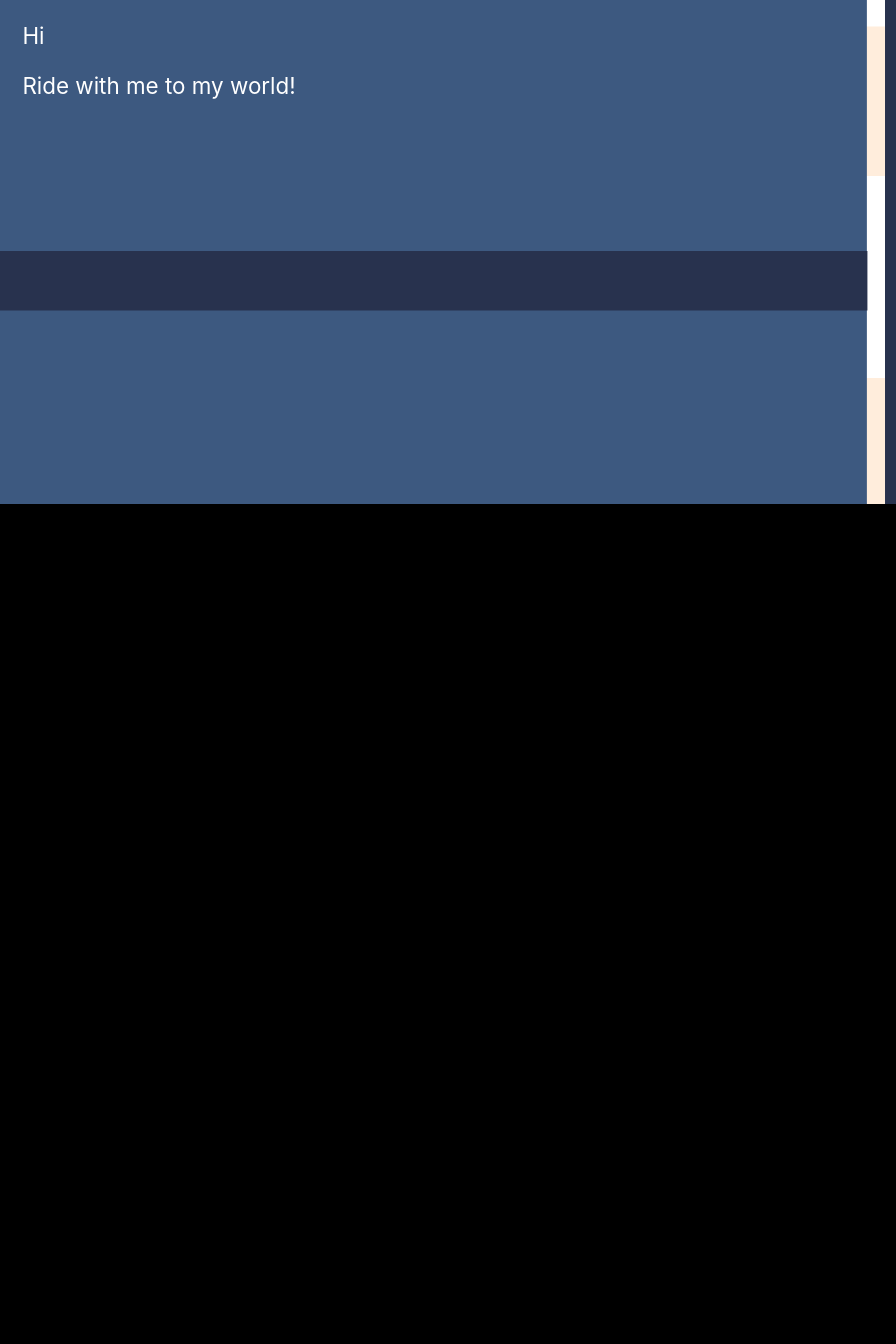
Repository: ModulesSoft/youseffatouraee.com
Page: / (app in majhoolsoft-react/)
An editor plug-in stored every save of this project. The page is shown before and after the next save, followed by the edit.
The browser window is 1280 px wide. The pictures show the part of the page from y = 0 to 1920 px (the page is 4320 px tall), at 70% of full size.
The project was rebuilt for these pictures with package versions that can differ from the ones it lists, and the page was loaded fresh each time. Also part of the build but not shown: majhoolsoft-react/src/helpers/lib/TypewriterAnimation.js.

Above is the page before, as saved 2022-02-22 21:25:40.

### majhoolsoft-react/src/App.js
import "./App.css";
import { useEffect } from "react";
import useWindowDimensions from "./components/GetWindowDimensions";
import anime from "animejs";
import Car from "./components/Car";
import Background from "./components/Background";
import Darkness from "./components/Darkness";
import LightBeam from "./components/LightBeam";
import Sun from "./components/Sun";
import Clouds from "./components/Clouds";
import GarageDoor from "./components/GarageDoor";
import ScrollDown from "./components/ScrollDown";
import useScroll from "./helpers/GetScroll";
import Garage from "./components/Garage";
import Play from "./Play";

function App() {
  // get window properties
  let scrollY = useScroll().scrollY / 10;
  const { height, width } = useWindowDimensions();
  const mobile = width < height;
  const size = mobile
    ? {
        height: height,
      }
    : {
        width: width,
      };

  // remove scroll instruction whenever scrolled enough ( 140px)
  if (scrollY > 10) {
    removeScroll();
  }

  //play
  useEffect(() => {
    // Play(mobile, width, height).HouseScene();
  }, []);

  function playGarage() {
    Play(mobile, width, height).GarageScene();
  }

  function removeScroll() {
    anime.remove([".scrollIcon", "#darkness", ".scroll"]);
    anime({
      targets: [".scrollIcon", "#darkness", ".scroll"],
      opacity: 0,
    });
  }

  return (
    <div className="App">
      <header className="App-header"></header>
      <div className="container">
        <svg className="page" xmlns="http://www.w3.org/2000/svg" style={size}>
          <Sun />
          <Clouds />
          <Background />
          <Garage />
          <GarageDoor
            scrollY={scrollY}
            doorOpened={(e) => {
              e && playGarage();
            }}
          />
          <Darkness />
          <Car />
          <LightBeam />
          {/* {scroll && <ScrollDown />} */}
          <ScrollDown />
          {/* <svg x="1325" y="920" className="test">
            <rect width="35" height="65"></rect>
          </svg> */}
        </svg>
        <article className="article">
          <p className="hi">Hi</p>
          <p className="welcome">Ride with me to my world!</p>
          <p className="scroll">Scroll Down</p>
          <p id="laptopOne" className="text-animation">
            I'm a software engineer
          </p>
          <p id="laptopTwo" className="text-animation">
            I was born in Quebec
          </p>
          <p id="degreeOne" className="text-animation">
            I studied CS in <a href="aut.ac.ir">AUT</a> with GPA of B
          </p>
          <p id="degreeTwo" className="text-animation">
            <a href="https://www.usnews.com/education/best-global-universities/amirkabir-university-of-technology-aut-506266">
              See the rank here
            </a>
          </p>
        </article>
      </div>
    </div>
  );
}

export default App;

### majhoolsoft-react/src/App.css
.container {
  position: relative;
  width: 100vw;
  height: 600vh;
  background-color: black;
}
.page {
  background-image: linear-gradient(#87ceeb, #2a7936);
  position: fixed;
  bottom: 0;
  left: 0;
}
.background {
  position: absolute;
  z-index: 1;
  /* width: auto;
  height: 100vh; */
}
.car {
  z-index: 2;
  position: absolute;
  top: 90vh;
  /* display: none; */
}
#rear-wheel,
#front-wheel {
  transform-origin: center;
  transform-box: fill-box;
}

.hi {
  color: white;
  margin-left: 2rem;
}
.welcome {
  color: white;
  margin-left: 2rem;
}
.scroll {
  color: white;
  text-align: center;
}
article {
  position: fixed;
  width: 100%;
  height: 100%;
  font-size: 2rem;
}

#laptopOne {
  top: 20px;
}
#laptopTwo {
  bottom: 5px;
  font-size: 1rem;
}
#degreeOne {
  bottom: 10px;
  /* font-size: 2rem; */
}
#degreeTwo {
  bottom: 15px;
  /* font-size: 1rem; */
}

/* typewriter animation properties */
.text-animation {
  display: none;
  background-color: rgba(0, 0, 0, 0.7);
  padding: 10px;
  border-radius: 10px;
  font-size: 2rem;
  left: 2rem;
  /* right: 2rem; */
  position: absolute;
  text-align: left;
  color: #f5f5f5;
}

.text-animation .letter {
  display: inline-block;
  opacity: 0;
}

.cursor {
  margin: 8px -8px; /* debug margin */
  position: absolute;
  top: 0;
  bottom: 0;
  width: 3px;
  background: #f5f5f5;
  z-index: 1;
}

/*  */

### majhoolsoft-react/src/components/Darkness.js
function Darkness() {
  return (
    <svg width="10000" height="10000" x="-1000" y="-100">
      <rect
        id="darkness"
        data-name="Rectangle 148"
        width="10000"
        height="10000"
        fill="rgba(0,0,0,0.9)"
      />
    </svg>
  );
}

export default Darkness;

### majhoolsoft-react/src/components/LightBeam.js
function LightBeam() {
  return (
    <svg y="945" x="-422">
      <g id="beam">
        <defs>
          <radialGradient
            id="radial-gradient"
            cx="0.16"
            cy="1.164"
            r="0.806"
            gradientTransform="matrix(.555 -.832 .38 .254 -.372 1.001)"
            gradientUnits="objectBoundingBox"
          >
            <stop offset="0" stopColor="#fad16b" stopOpacity="0.659"></stop>
            <stop offset="1" stopColor="#7d6936" stopOpacity="0.541"></stop>
          </radialGradient>
        </defs>
        <path
          fill="url(#radial-gradient)"
          d="M4927.969-923.46v135.509L3246.1-811.175l-92.015-5.358-146.116-45.447v-29.449z"
          data-name="Path 772"
          transform="translate(-3007.969 923.46)"
        ></path>
      </g>
    </svg>
  );
}

export default LightBeam;

### majhoolsoft-react/src/components/Sun.js
function Sun() {
  return (
    <svg>
      <g id="sun">
        <path
          fill="#ffdb0d"
          fillRule="evenodd"
          d="M2343.845 450c168.417 0 305.986 132.172 314.845 298.414H2029C2037.779 582.172 2175.348 450 2343.845 450z"
          data-name="Path 586"
          transform="translate(-2029 450)"
        ></path>
      </g>
    </svg>
  );
}

export default Sun;

### majhoolsoft-react/src/components/ScrollDown.js
function ScrollDown() {
  return (
    <svg
      x="1142"
      y="900"
      width="100"
      height="100"
      version="1.1"
      viewBox="-265 335.1 79.4 322.9"
      xmlSpace="preserve"
      fill="white"
    >
      <g className="scrollIcon">
        <path d="M-217.9 422.2c4.7-1.3 9-3.8 12.4-7.2 5.1-5.1 8.2-12.1 8.2-19.8v-30.9c0-7.7-3.2-14.7-8.2-19.8-5.1-5.1-12.1-8.2-19.8-8.2-7.7 0-14.7 3.2-19.8 8.2-5.1 5.1-8.2 12.1-8.2 19.8v30.9c0 7.7 3.2 14.7 8.2 19.8 4 4 9.1 6.7 14.8 7.8 3.4.5 9.2.2 12.4-.6zm-7.7-21c2.9 0 5.3-2.4 5.3-5.3v-5.5c0-2.9-2.4-5.3-5.3-5.3s-5.3 2.4-5.3 5.3v5.5c-.1 2.9 2.3 5.3 5.3 5.3zm15.4 9c-3.9 3.9-9.2 6.3-15.1 6.3s-11.2-2.4-15.1-6.3c-3.9-3.9-6.3-9.2-6.3-15.1v-30.9c0-5.9 2.4-11.2 6.3-15.1 3.9-3.9 9.2-6.3 15.1-6.3s11.2 2.4 15.1 6.3c3.9 3.9 6.3 9.2 6.3 15.1v30.9c0 5.9-2.4 11.2-6.3 15.1zM-248.1 425.3c-1.2-1.2-3.2-1.2-4.4.1s-1.2 3.2.1 4.4l25 24.3 2.2-2.3-2.2 2.3c1.3 1.2 3.2 1.2 4.5-.1l.1-.1 24.6-24.1c1.2-1.2 1.3-3.2.1-4.4s-3.2-1.3-4.4-.1l-22.6 22.1-23-22.1z"></path>
      </g>
    </svg>
  );
}

export default ScrollDown;

### majhoolsoft-react/src/helpers/GetScroll.js
import { useState, useEffect, useCallback } from "react";

export const useScroll = () => {
  //   useEffect(() => {
  //     // set scroll to zero when component did mount
  //     window.scrollTo(0, 0);
  //     console.log("umad");
  // }, []);
  const [state, setState] = useState({
    lastScrollTop: 0,
    bodyOffset: document.body.getBoundingClientRect(),
    scrollY: document.body.getBoundingClientRect().top,
    scrollX: document.body.getBoundingClientRect().left,
    scrollDirection: "", // down, up
  });

  const handleScrollEvent = useCallback((e) => {
    setState((prevState) => {
      const prevLastScrollTop = prevState.lastScrollTop;
      const bodyOffset = document.body.getBoundingClientRect();

      return {
        setBodyOffset: bodyOffset,
        scrollY: -bodyOffset.top,
        scrollX: bodyOffset.left,
        scrollDirection: prevLastScrollTop > -bodyOffset.top ? "down" : "up",
        lastScrollTop: -bodyOffset.top,
      };
    });
  }, []);

  useEffect(() => {
    const scrollListener = (e) => {
      handleScrollEvent(e);
    };
    window.addEventListener("scroll", scrollListener);

    return () => {
      window.removeEventListener("scroll", scrollListener);
    };
  }, [handleScrollEvent]);

  return {
    scrollY: state.scrollY,
    scrollX: state.scrollX,
    scrollDirection: state.scrollDirection,
  };
};

export default useScroll;

### majhoolsoft-react/src/Play.js
import CarAnimations from "./helpers/CarAnimations";
import IntroTextAnimations from "./helpers/IntroTextAnimations";
import BackgroundAnimations from "./helpers/BackgroundAnimations";
import CameraAnimations from "./helpers/CameraAnimations";
import TypewriterAnimation from "./helpers/lib/TypewriterAnimation";

function Play(isMobile, width, height, timeline = 0) {
  // setting camera
  const Camera = new CameraAnimations(isMobile, width, height, timeline);
  function HouseScene() {
    CarAnimations(timeline);
    IntroTextAnimations();
    Camera.BackgroundScene();
    BackgroundAnimations(timeline);
  }

  function GarageScene() {
    // start sequence
    Camera.LaptopView(laptopOne);

    function laptopOne() {
      TypewriterAnimation("#laptopOne", 2_000, 100, 1000, laptopTwo);
    }
    function laptopTwo() {
      TypewriterAnimation("#laptopTwo", 500, 100, 1000, degreeCamera);
    }
    function degreeCamera() {
      Camera.CertificateView(degreeOne);
    }
    function degreeOne() {
      TypewriterAnimation("#degreeOne", 2_000, 100, 1000, degreeTwo);
    }
    function degreeTwo() {
      TypewriterAnimation("#degreeTwo", 2_000, 100, 1000, OS);
    }
    function OS() {
      console.log("os");
    }
  }
  return { HouseScene, GarageScene };
}
export default Play;

### majhoolsoft-react/src/helpers/CarAnimations.js
import anime from "animejs";
function CarAnimations(timeline = null) {
  anime({
    targets: "#rear-wheel , #front-wheel",
    rotate: "21turn",
    duration: 11000,
    // easing: "cubicBezier(1,0,.45,.45)",
    easing: "easeOutQuad",
  });
  anime({
    targets: "#car, #beam",
    translateX: 1050,
    duration: 6000,
    delay: 5000,
    // easing: "cubicBezier(1,0,.45,.45)",
    easing: "easeOutQuad",
  });
}

export default CarAnimations;

### majhoolsoft-react/src/helpers/IntroTextAnimations.js
import anime from "animejs";
function IntroTextAnimations() {
  anime
    .timeline({ loop: false })
    // Hi text fades in
    .add({
      targets: ".hi",
      opacity: [0, 1],
      easing: "easeInExpo",
    })
    // welcome text fades in
    .add({
      targets: ".welcome",
      opacity: [0, 1],
      easing: "easeInExpo",
    })
    // Hi and welcome text fade out
    .add(
      {
        targets: [".hi", ".welcome"],
        opacity: 0,
        easing: "easeInExpo",
      },
      5000
    )
    .add(
      {
        targets: ".scroll",
        opacity: [0, 0.8],
        easing: "easeInExpo",
      },
      15000
    );
}
export default IntroTextAnimations;

### majhoolsoft-react/src/helpers/BackgroundAnimations.js
import anime from "animejs";
function BackgroundAnimations(timeline = null) {
  anime
    .timeline({ loop: false })
    // sun sets
    .add(
      {
        targets: "#sun",
        duration: 3000,
        translateY: "-650px",
        easing: "easeOutQuad",
      },
      6000 //delay to start
    )
    // clouds come up
    .add({
      targets: "#clouds",
      duration: 1000,
      translateY: "-300px",
    });
  anime.timeline({ loop: false }).add({
    targets: "#darkness",
    keyframes: [
      // fade in to day
      { opacity: 0, duration: 3000, delay: 7000, easing: "linear" },
      // fade in unless scroll
      {
        opacity: 0.7,
        duration: 1000,
        delay: 4000,
        easing: "linear",
      },
    ],
  });

  //thread four (headlights):
  // turn off the head lights
  anime({
    targets: "#beam",
    duration: 500,
    opacity: 0,
    easing: "easeOutQuad",
    delay: 10000,
  });

  //last thread - infinite loop (scroll icon):
  // Scroll icon
  anime({
    targets: ".scrollIcon",
    translateY: -50,
    direction: "alternate",
    loop: true,
    easing: "spring(1, 80, 10, 0)",
    opacity: 0.3,
  });
}
export default BackgroundAnimations;

### majhoolsoft-react/src/helpers/CameraAnimations.js
import anime from "animejs";

class CameraAnimations {
  constructor(isMobile, width, height, timeline = null) {
    this.isMobile = isMobile;
    this.width = width;
    this.height = height;
    this.timeline = timeline;
    this.doorViewMobile = `1000 ${1080 - this.height} ${this.width} ${
      this.height
    }`;

    this.laptopView = "1328 920 60 60";
    // const certificateView = isMobile ? "1288 900 60 45" : "1288 900 60 25";
    this.generalView = "0 0 1920 1080";
    this.doorViewDesktop = "1000 800 400 240";
    this.beginView = "-1000 650 900 500";
  }

  BackgroundScene() {
    // camera transition
    anime.timeline({ loop: false }).add({
      targets: ".page",
      duration: 4000,
      keyframes: [
        // camera transition from the car in the way home to the background
        {
          viewBox: [this.beginView, this.generalView],
          duration: (this.timeline += 3000),
          delay: (this.timeline += 1000),
        },
        // camera transition to GarageCamera door
        {
          viewBox: [
            this.generalView,
            this.isMobile ? this.doorViewMobile : this.doorViewDesktop,
          ],
          delay: 5000,
        },
      ],
      easing: "easeOutQuad",
    });
  }

  // GarageScene() {
  //   const library = {
  //     certificate: {
  //       view: this.isMobile ? "1288 900 60 45" : "1288 900 60 25",
  //       textPosition: this.isMobile ? "bottom" : "right",
  //     },
  //   };
  // }

  LaptopView(finishedCallback) {
    anime
      .timeline({ loop: false })
      .add({
        targets: ".page",
        duration: 4000,
        keyframes: [
          // camera transition from the GarageCamera door to the laptop
          {
            viewBox: [
              this.isMobile ? this.doorViewMobile : this.doorViewDesktop,
              this.laptopView,
            ],
            // viewBox: mobile ? doorViewMobile : doorViewDesktop,
          },
          // camera transition to GarageCamera door
          {},
        ],
        easing: "easeOutQuad",
      })
      .finished.then(finishedCallback);
  }

  CertificateView(finishedCallback) {
    const library = {
      certificate: {
        view: this.isMobile ? "1288 900 60 45" : "1288 900 60 25",
        textPosition: this.isMobile ? "bottom" : "right",
      },
    };
    // Certificate View
    anime(
      {
        targets: ".page",
        duration: 4000,
        keyframes: [
          // camera transition from the laptop to GarageCamera door
          {
            viewBox: [this.laptopView, library.certificate.view],
          },
          // camera transition to GarageCamera door
          {},
        ],
        easing: "easeOutQuad",
      },
      15000
    ).finished.then(finishedCallback);
  }
  OSView(finishedCallback) {
    const library = {
      certificate: {
        view: this.isMobile ? "1288 900 60 45" : "1288 900 60 25",
        textPosition: this.isMobile ? "bottom" : "right",
      },
      OS: {
        view: this.isMobile ? "1288 900 60 45" : "1288 900 60 25",
        textPosition: this.isMobile ? "bottom" : "right",
      },
    };
    // OS View
    anime(
      {
        targets: ".page",
        duration: 4000,
        keyframes: [
          // camera transition from the laptop to GarageCamera door
          {
            viewBox: [library.certificate.view, library.OS.view],
          },
          // camera transition to GarageCamera door
          {},
        ],
        easing: "easeOutQuad",
      },
      15000
    ).finished.then(finishedCallback);
  }
}
export default CameraAnimations;

Loaded but not shown: majhoolsoft-react/public/index.html (common file); majhoolsoft-react/src/index.js (common file); majhoolsoft-react/src/index.css (common file); majhoolsoft-react/src/reportWebVitals.js (common file); majhoolsoft-react/src/components/GetWindowDimensions.js (common file); majhoolsoft-react/src/components/Background.js (library); majhoolsoft-react/src/components/Garage.js (library); majhoolsoft-react/src/components/Car.js (909 lines, source omitted); majhoolsoft-react/src/components/GarageDoor.js (85 lines, source omitted); majhoolsoft-react/src/components/Clouds.js (15 lines, source omitted)

After the next save:
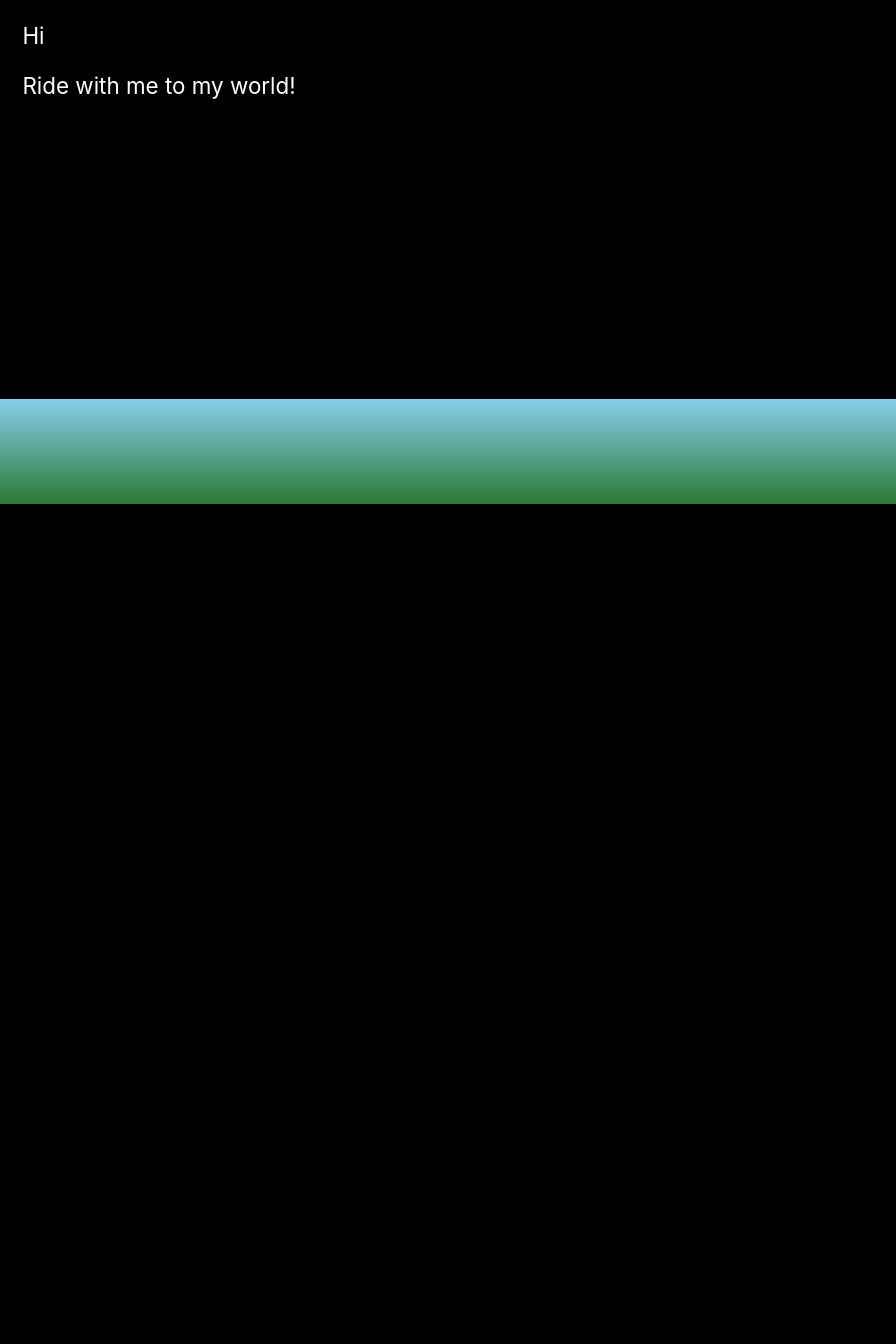
Saved 97 s later.
--- a/majhoolsoft-react/src/helpers/CameraAnimations.js
+++ b/majhoolsoft-react/src/helpers/CameraAnimations.js
@@ -10,7 +10,6 @@
       this.height
     }`;
 
-    this.laptopView = "1328 920 60 60";
     // const certificateView = isMobile ? "1288 900 60 45" : "1288 900 60 25";
     this.generalView = "0 0 1920 1080";
     this.doorViewDesktop = "1000 800 400 240";
@@ -101,6 +100,9 @@
   }
   OSView(finishedCallback) {
     const library = {
+      laptop: {
+        view: "1328 920 60 60",
+      },
       certificate: {
         view: this.isMobile ? "1288 900 60 45" : "1288 900 60 25",
         textPosition: this.isMobile ? "bottom" : "right",

After the 4 saves that followed:
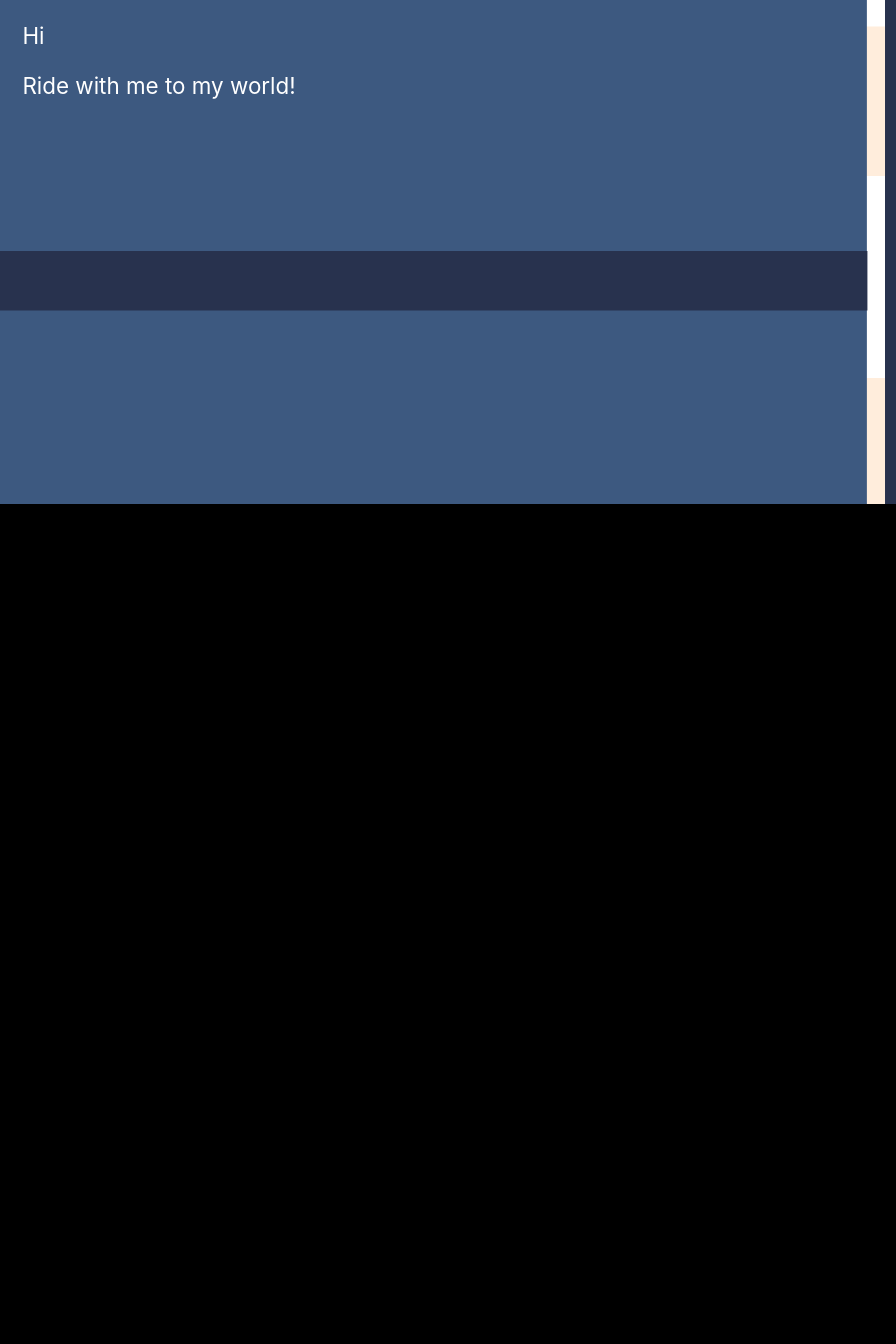
The 4 saves are shown as one change because 3 left the picture as it was.
The last was saved 2 min 29 s later.
--- a/majhoolsoft-react/src/helpers/CameraAnimations.js
+++ b/majhoolsoft-react/src/helpers/CameraAnimations.js
@@ -14,6 +14,21 @@
     this.generalView = "0 0 1920 1080";
     this.doorViewDesktop = "1000 800 400 240";
     this.beginView = "-1000 650 900 500";
+
+    this.library = {
+      laptop: {
+        view: "1328 920 60 60",
+        textPosition: "",
+      },
+      certificate: {
+        view: this.isMobile ? "1288 900 60 45" : "1288 900 60 25",
+        textPosition: this.isMobile ? "bottom" : "right",
+      },
+      OS: {
+        view: this.isMobile ? "1288 900 60 45" : "1288 900 60 25",
+        textPosition: this.isMobile ? "bottom" : "right",
+      },
+    };
   }
 
   BackgroundScene() {
@@ -61,7 +76,7 @@
           {
             viewBox: [
               this.isMobile ? this.doorViewMobile : this.doorViewDesktop,
-              this.laptopView,
+              this.library.laptop.view,
             ],
             // viewBox: mobile ? doorViewMobile : doorViewDesktop,
           },
@@ -74,12 +89,6 @@
   }
 
   CertificateView(finishedCallback) {
-    const library = {
-      certificate: {
-        view: this.isMobile ? "1288 900 60 45" : "1288 900 60 25",
-        textPosition: this.isMobile ? "bottom" : "right",
-      },
-    };
     // Certificate View
     anime(
       {
@@ -88,7 +97,7 @@
         keyframes: [
           // camera transition from the laptop to GarageCamera door
           {
-            viewBox: [this.laptopView, library.certificate.view],
+            viewBox: [this.library.laptop.view, this.library.certificate.view],
           },
           // camera transition to GarageCamera door
           {},
@@ -99,19 +108,6 @@
     ).finished.then(finishedCallback);
   }
   OSView(finishedCallback) {
-    const library = {
-      laptop: {
-        view: "1328 920 60 60",
-      },
-      certificate: {
-        view: this.isMobile ? "1288 900 60 45" : "1288 900 60 25",
-        textPosition: this.isMobile ? "bottom" : "right",
-      },
-      OS: {
-        view: this.isMobile ? "1288 900 60 45" : "1288 900 60 25",
-        textPosition: this.isMobile ? "bottom" : "right",
-      },
-    };
     // OS View
     anime(
       {
@@ -120,7 +116,7 @@
         keyframes: [
           // camera transition from the laptop to GarageCamera door
           {
-            viewBox: [library.certificate.view, library.OS.view],
+            viewBox: [this.library.certificate.view, this.library.OS.view],
           },
           // camera transition to GarageCamera door
           {},
